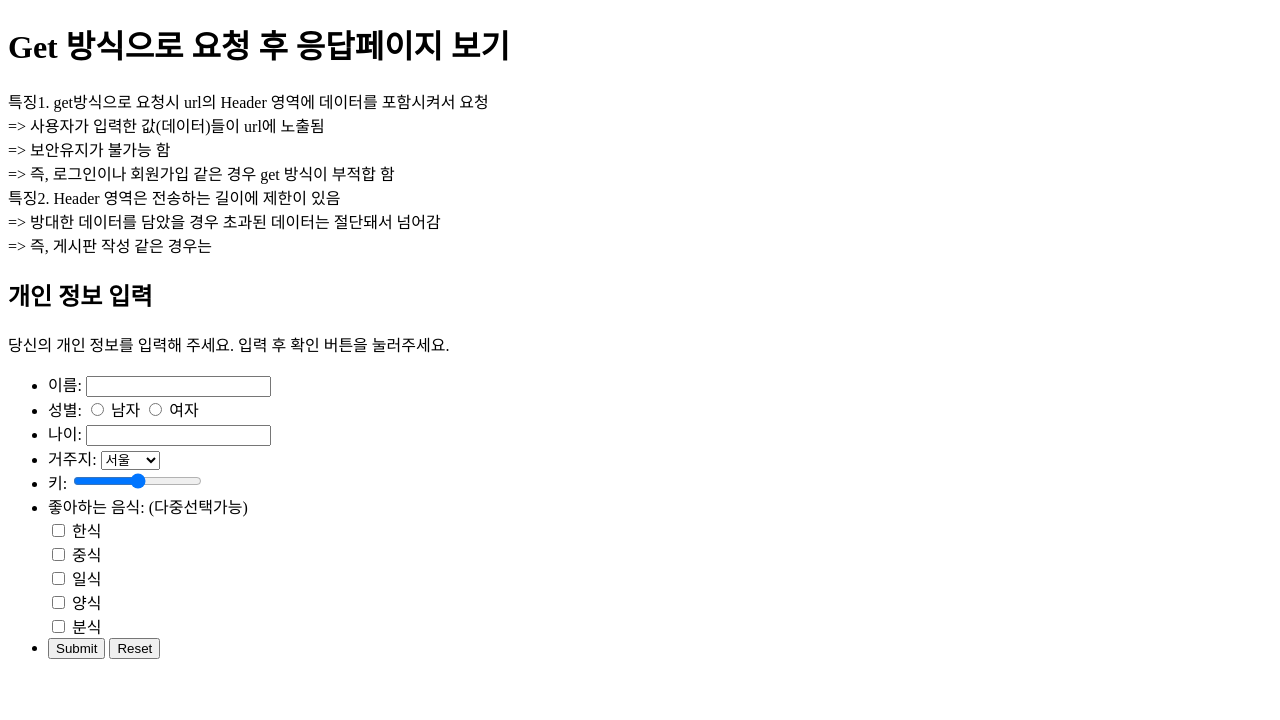
Repository: 1400CP/05_server-workspace1
Page: 1_Servlet/WebContent/views/requestTest_GET.html
The author's editor kept a copy of each file at every save. The page is drawn from the files as they stood at one save, then again after the next save.
The browser window is 1280 px wide. The pictures show the whole page.

Above is the page before, as saved 2025-02-14 02:10:06.

After the next save:
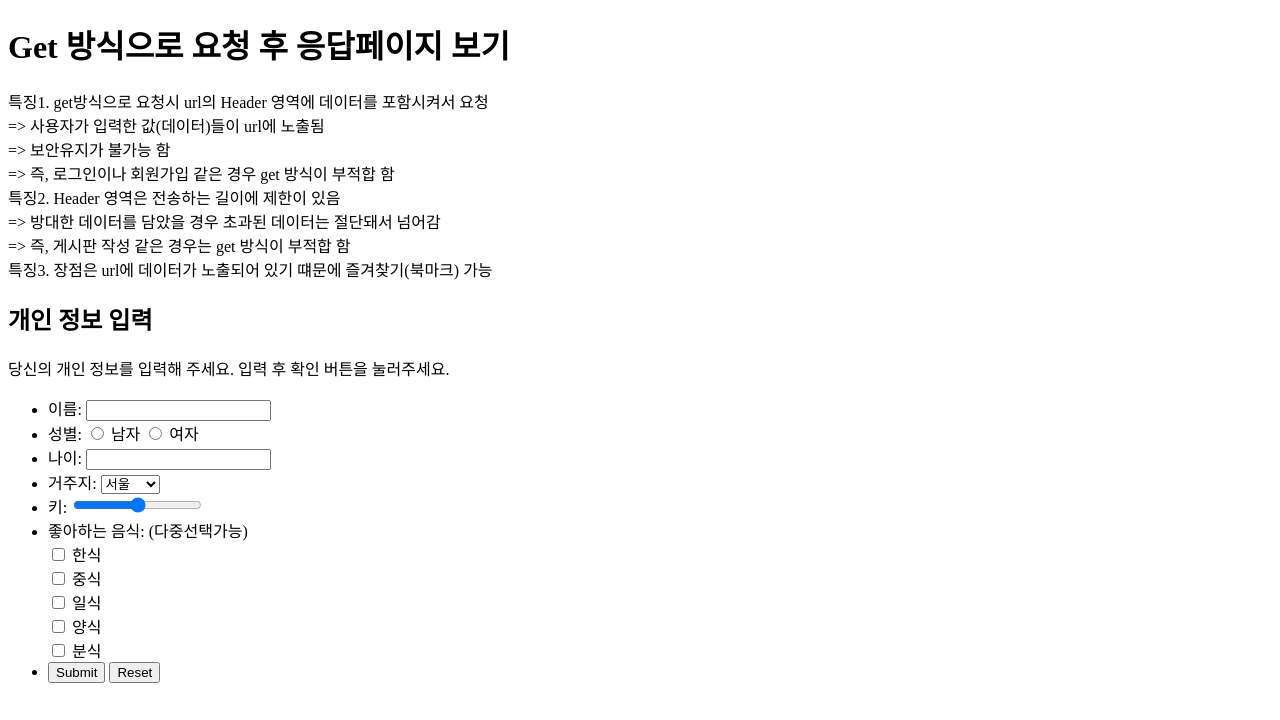
Saved 38 s later.
--- a/1_Servlet/WebContent/views/requestTest_GET.html
+++ b/1_Servlet/WebContent/views/requestTest_GET.html
@@ -23,8 +23,9 @@
 
 		특징2. Header 영역은 전송하는 길이에 제한이 있음 <br>
 			=> 방대한 데이터를 담았을 경우 초과된 데이터는 절단돼서 넘어감 <br>
-			=> 즉, 게시판 작성 같은 경우는
+			=> 즉, 게시판 작성 같은 경우는 get 방식이 부적합 함 <br>
 
+		특징3. 장점은 url에 데이터가 노출되어 있기 떄문에 즐겨찾기(북마크) 가능
 	</p>
 
 
